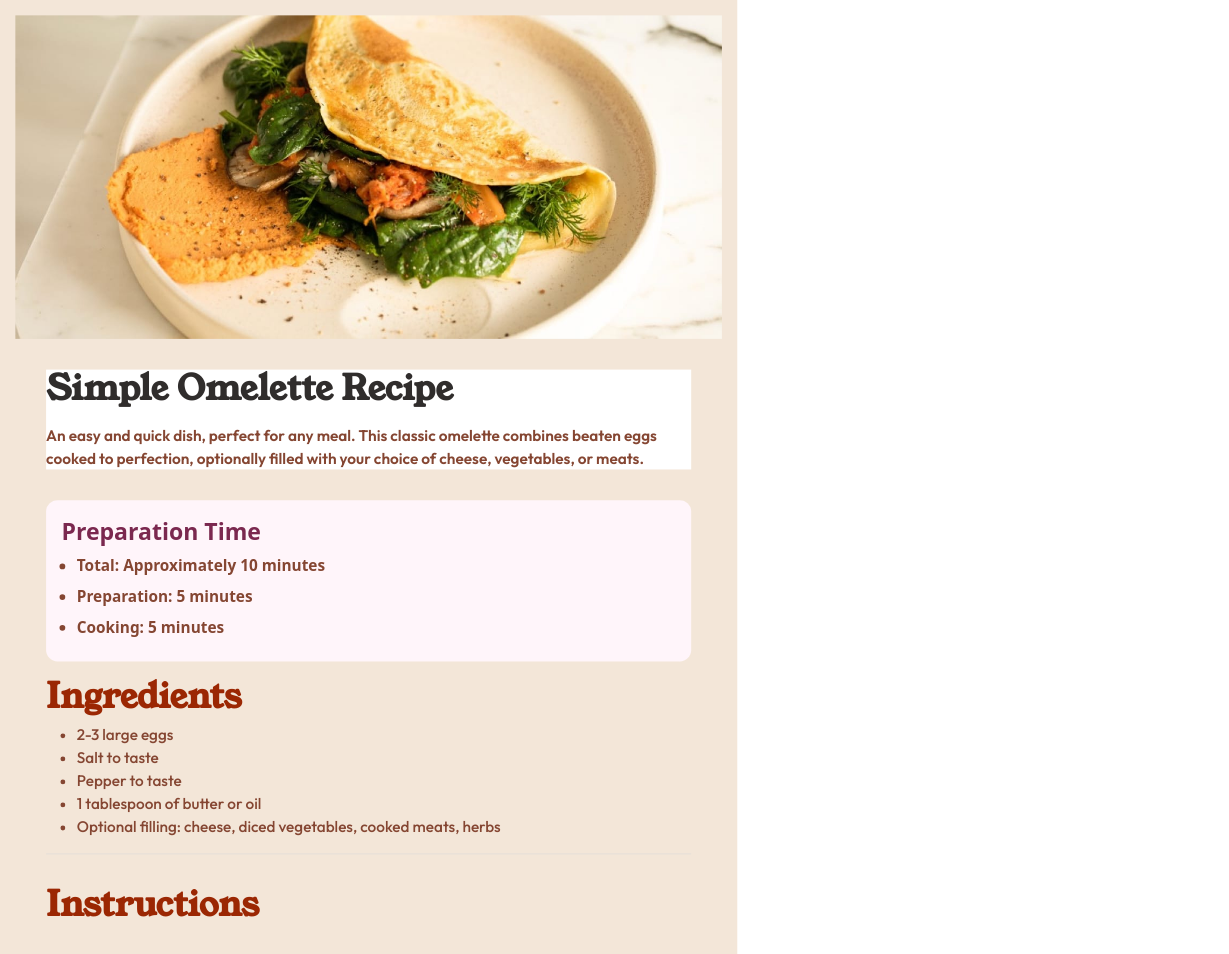
Repository: nivrii/recipe-page-main
Page: /
An editor plug-in stored every save of this project. The page is shown before and after the next save, followed by the edit.
The browser window is 1280 px wide. The pictures show the whole page, at 96% of full size.
The project was rebuilt for these pictures with package versions that can differ from the ones it lists, and the page was loaded fresh each time. Also part of the build but not shown: vite.config.js, src/index.css.

Above is the page before, as saved 2024-03-23 15:39:52.

After the next save:
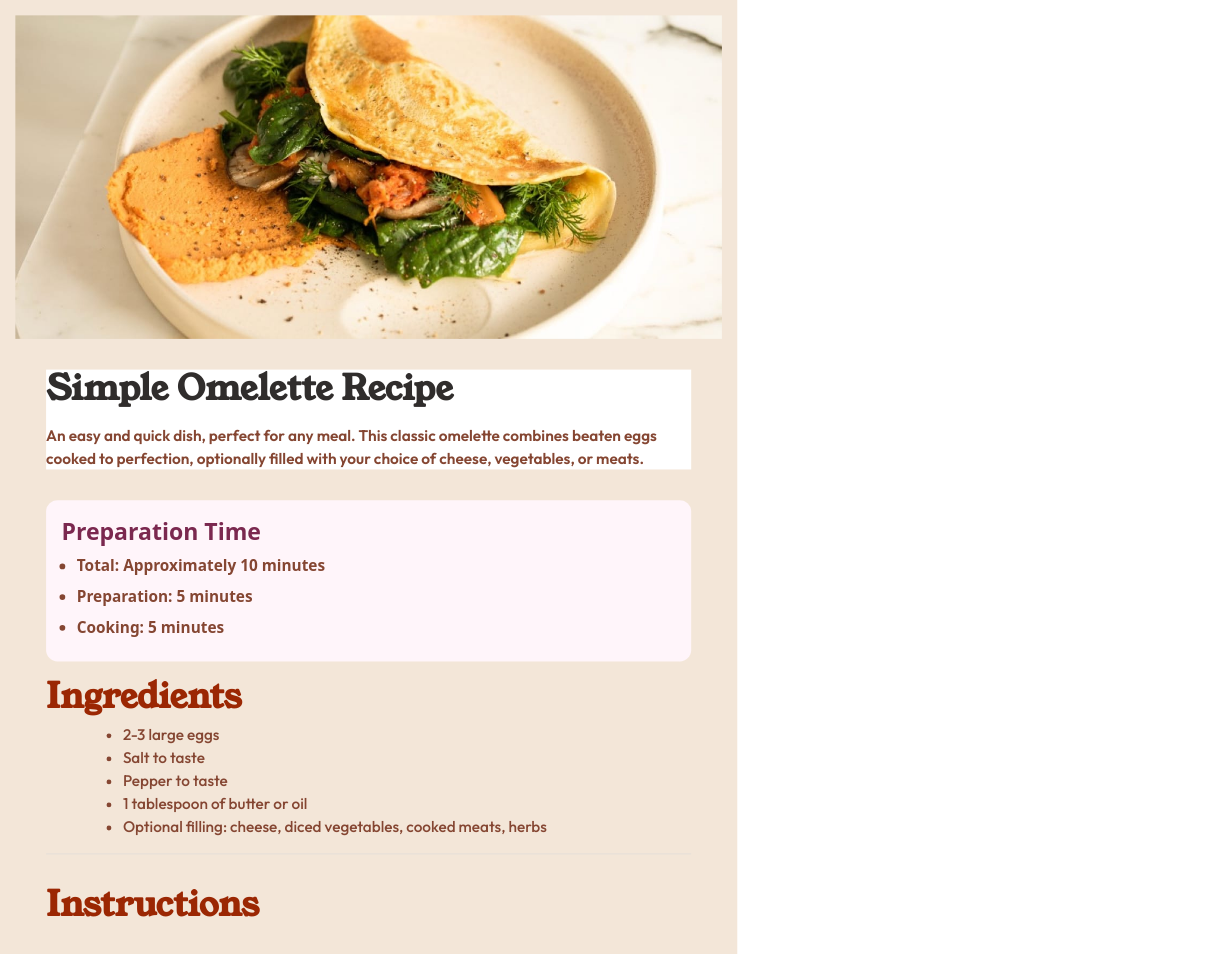
Saved 21 s later.
--- a/src/App.jsx
+++ b/src/App.jsx
@@ -39,7 +39,7 @@
           <h1 className="text-left text-nutmegLight text-4xl font-bold font-young ">
             Ingredients
           </h1>
-          <ul className="list-disc px-4 font-outfit my-2 mx-4 text-nutmeg font-medium">
+          <ul className="list-disc px-4 font-outfit my-2 mx-16 text-nutmeg font-medium">
             <li>2-3 large eggs</li>
             <li>Salt to taste</li>
             <li>Pepper to taste</li>

After the save that followed:
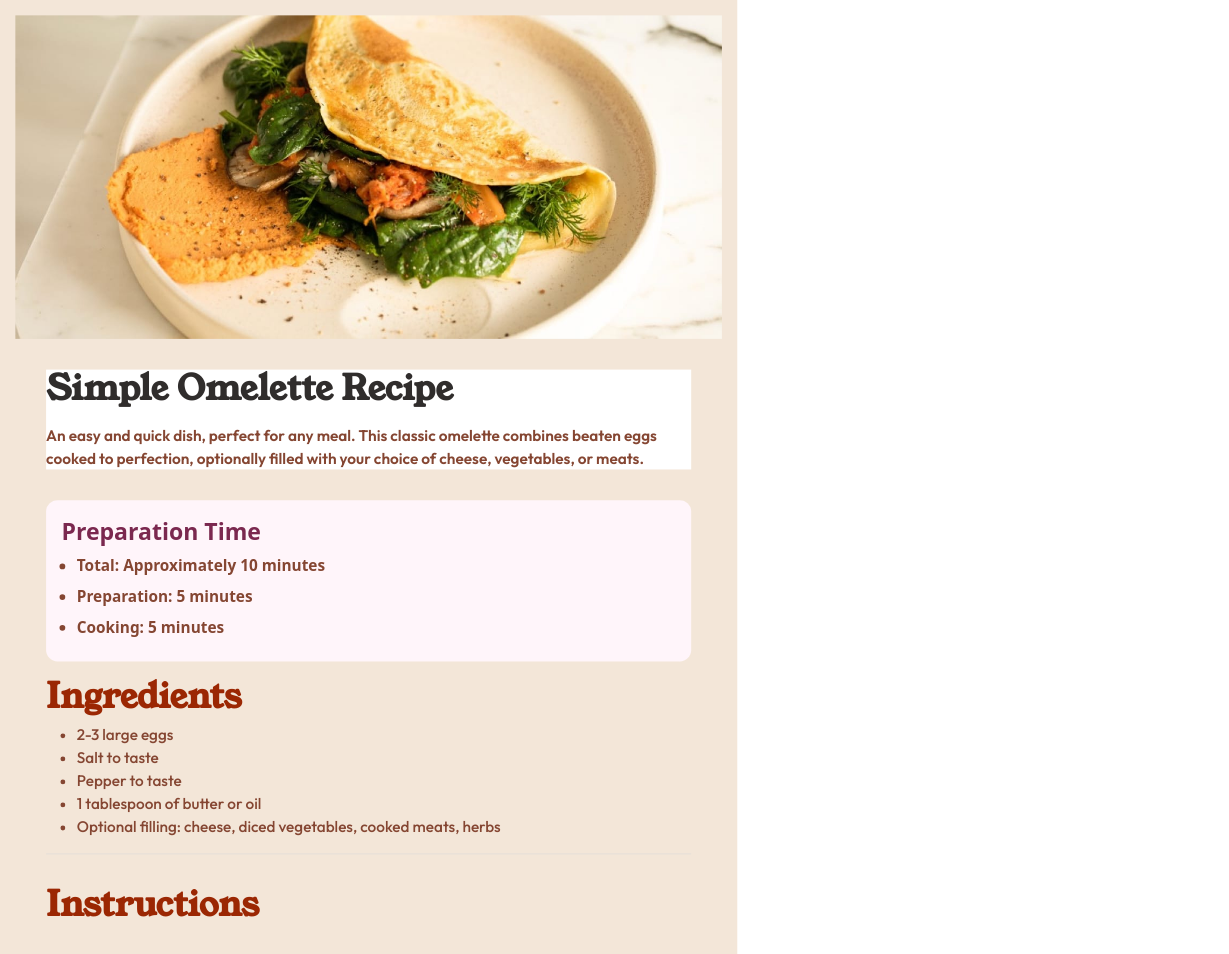
Saved 25 s later.
--- a/src/App.jsx
+++ b/src/App.jsx
@@ -39,7 +39,7 @@
           <h1 className="text-left text-nutmegLight text-4xl font-bold font-young ">
             Ingredients
           </h1>
-          <ul className="list-disc px-4 font-outfit my-2 mx-16 text-nutmeg font-medium">
+          <ul className="list-disc px-4 font-outfit my-2 mx-4 text-nutmeg font-medium">
             <li>2-3 large eggs</li>
             <li>Salt to taste</li>
             <li>Pepper to taste</li>
